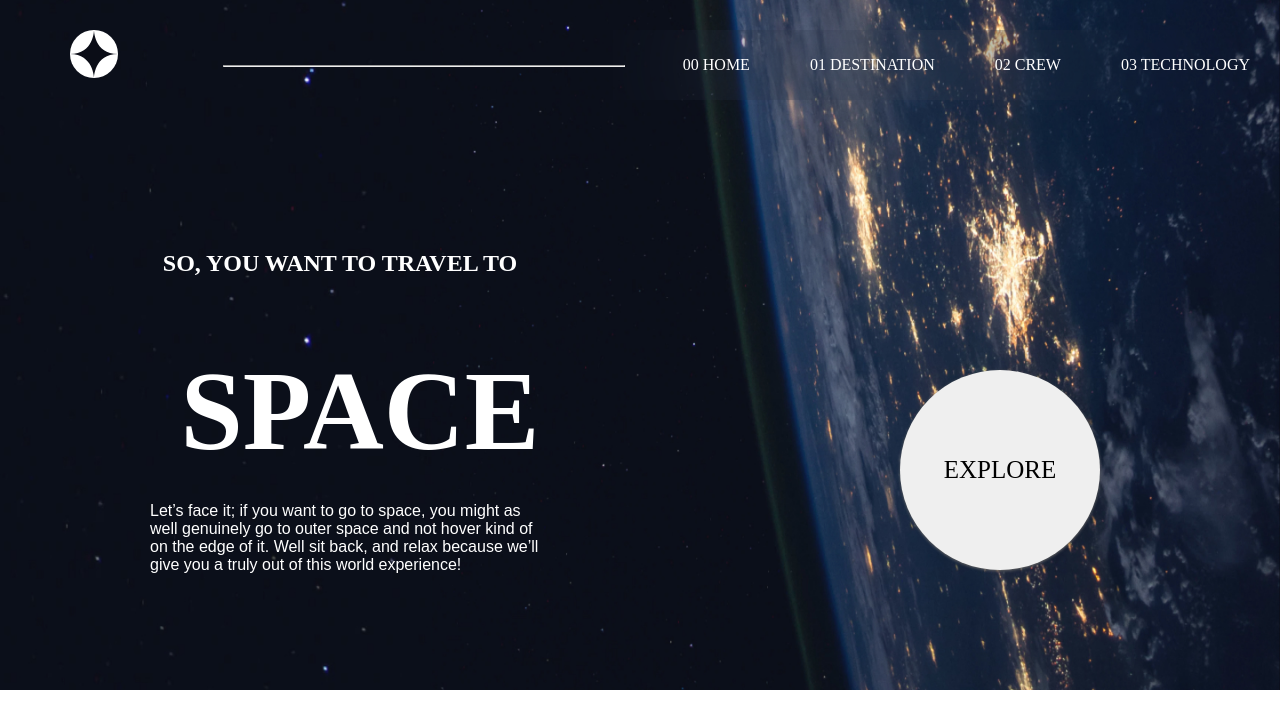
Repository: batonAnton/space_tourism
Page: crew.html
An editor plug-in stored every save of this project. The page is shown before and after the next save, followed by the edit.
The browser window is 1280 px wide. The pictures show the whole page.
Some web fonts or font styles are not loaded; a fallback is used.

Above is the page before, as saved 2022-05-20 15:05:28.

After the next save:
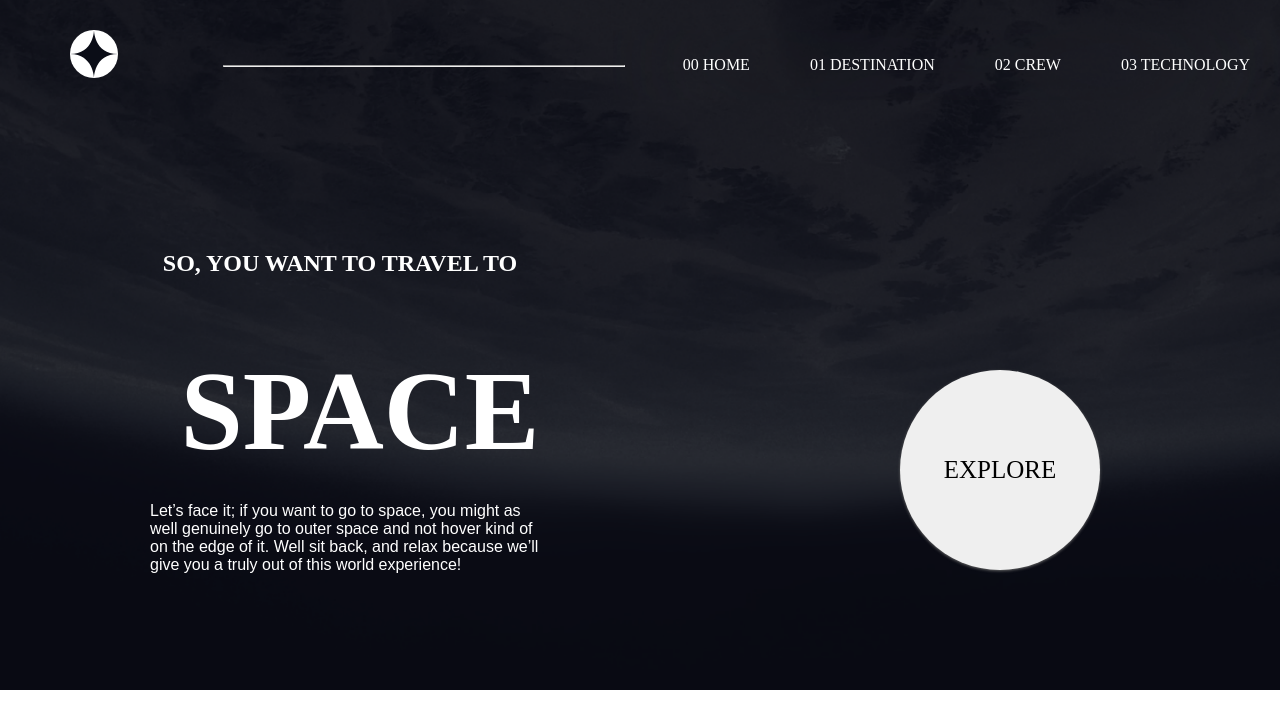
Saved 2 min 36 s later.
--- a/crew.html
+++ b/crew.html
@@ -19,7 +19,7 @@
 </head>
 <body>
 
-    <div id="home" class="bg">
+    <div id="home" class="bg_crew">
         <div class="top-container">
             <div class="logo_img">
                 <img src="/images/Icon.svg" alt="logo">
